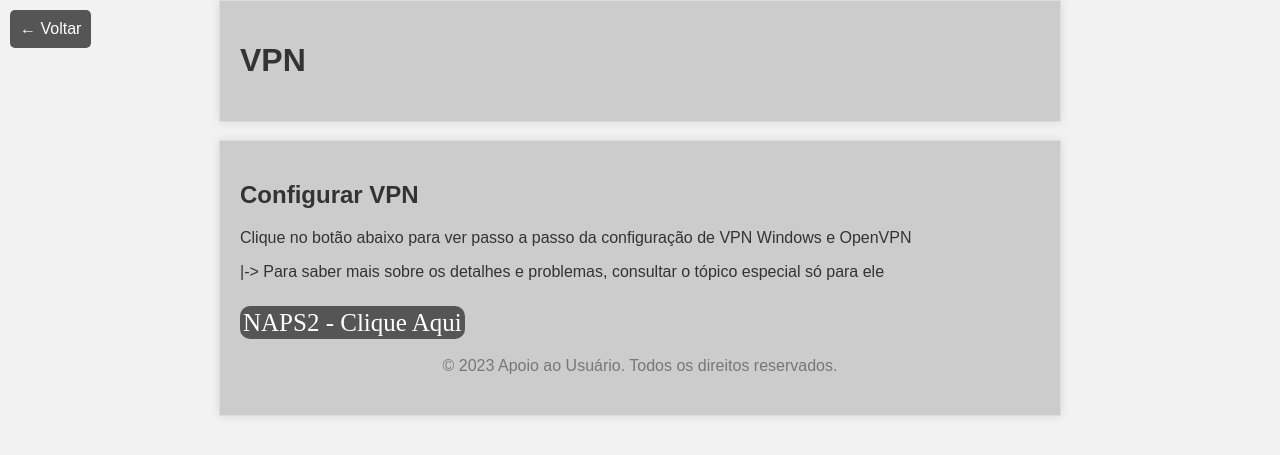
Repository: I4guito/dicasdez
Page: Dicas site/Dicas/vpn.html
The author's editor kept a copy of each file at every save. The page is drawn from the files as they stood at one save, then again after a run of saves.
The browser window is 1280 px wide. The pictures show the whole page.

Above is the page before, as saved 2023-11-29 11:00:33.

### Dicas site/Dicas/vpn.html
<!DOCTYPE html>
<html lang="pt-br">
<head>
    <meta charset="UTF-8">
    <meta name="viewport" content="width=device-width, initial-scale=1.0">
    <link rel="stylesheet" href="padrao.css">
    <script src="/Dicas site/script.js"></script>
    <title>VPN</title>
</head>
<body>
    <div class="container">
        <header>
        <a href="javascript:history.back()" class="voltar-btn">&#8592; Voltar</a>
            <h1>VPN</h1>
        </header>
    </div><br>
    <div class="container">
        <section>
            <h2>Configurar VPN</h2>
            <p>Clique no botão abaixo para ver passo a passo da configuração de VPN Windows e OpenVPN</p>
            <ul>
                <li>|-> Para saber mais sobre os detalhes e problemas, consultar o tópico especial só para ele</li><br>
                <a href="/Dicas site/programas/programas página/naps2.html" class="link-instrucoes">NAPS2 - Clique Aqui</a>
            </ul>
        </section>
        <footer>
            <p>&copy; 2023 Apoio ao Usuário. Todos os direitos reservados.</p>
        </footer>
    </div>
</body>
</html>

### Dicas site/Dicas/padrao.css
body {
    font-family: 'Arial', sans-serif;
    margin: 0;
    padding: 0;
    background-color: #f2f2f2;
    color:#fff
}

.container {
    max-width: 800px;
    margin: 0 auto;
    background-color: #ccc;
    padding: 20px;
    box-shadow: 0 0 10px rgba(0, 0, 0, 0.1);
    border: 1px solid #ddd;
    color: #333;
}

header, section, footer {
    margin-bottom: 20px;
}

header h1, section h2 {
    color: #333;
}

ul {
    list-style: none;
    padding: 0;
}

li {
    margin-bottom: 10px;
}

footer {
    text-align: center;
    color: #777;
}

.voltar-btn {
    position: absolute;
    left: 10px;
    top: 10px;
    text-decoration: none;
    color: #fff;
    font-size: 16px;
    padding: 10px;
    background-color: #555;
    border: none;
    border-radius: 5px;
    cursor: pointer;
    transition: background-color 0.3s;
}

.voltar-btn:hover {
    background-color: #777;
}

img {

    margin-inline: 5cm;
    max-width: 100%;
    border-radius: 3%;
}

.link-instrucoes {
    font-family:cursive;
    width: 50px;
    left: 10px;
    text-decoration: none;
    color: #fff;
    font-size: 25px;
    padding: 3px;
    background-color: #555;
    border: none;
    border-radius: 10px;
    cursor: pointer;
    transition:  background-color 0.3s;
}

.link-instrucoes:hover {
    background-color:#777
}

### Dicas site/script.js
function filterItems() {
    var searchBar = document.getElementById('searchBar');
    var filter = searchBar.value.toUpperCase();

    var columns = document.getElementsByClassName('column');
    for (var i = 0; i < columns.length; i++) {
        var boxes = columns[i].getElementsByClassName('box');
        for (var j = 0; j < boxes.length; j++) {
            var item = boxes[j];
            var textValue = item.textContent || item.innerText;
            if (textValue.toUpperCase().indexOf(filter) > -1) {
                item.style.display = "";
            } else {
                item.style.display = "none";
            }
        }
    }
}

function openPage(pageName) {
    window.location.href = pageName + '.html';
}

const isOpera = navigator.userAgent.indexOf("OPR") > -1;

if (isOpera) {
    document.addEventListener("DOMContentLoaded", function () {
        const containers = document.querySelectorAll(".container");
        containers.forEach(function (container) {
            container.style.backgroundColor = "#005c4b";
            container.style.color = "#333";
        });
    });
}

After the next 4 saves:
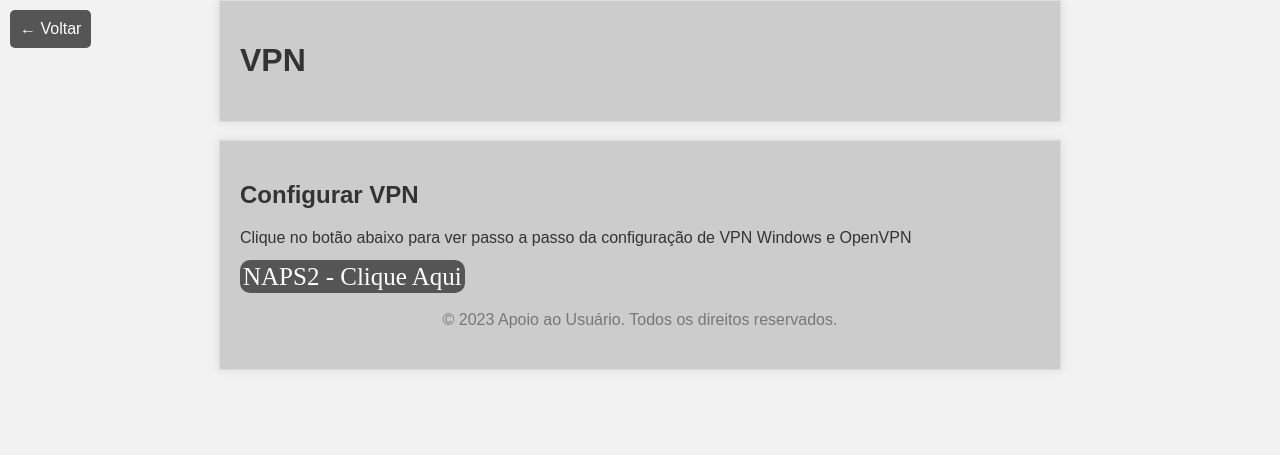
The 4 saves are shown as one change because they came seconds apart.
The last was saved 14 s later.
--- a/Dicas site/Dicas/vpn.html
+++ b/Dicas site/Dicas/vpn.html
@@ -18,10 +18,8 @@
         <section>
             <h2>Configurar VPN</h2>
             <p>Clique no botão abaixo para ver passo a passo da configuração de VPN Windows e OpenVPN</p>
-            <ul>
-                <li>|-> Para saber mais sobre os detalhes e problemas, consultar o tópico especial só para ele</li><br>
-                <a href="/Dicas site/programas/programas página/naps2.html" class="link-instrucoes">NAPS2 - Clique Aqui</a>
-            </ul>
+            <a href="/Dicas site/programas/programas página/naps2.html" class="link-instrucoes">NAPS2 - Clique Aqui</a>
+
         </section>
         <footer>
             <p>&copy; 2023 Apoio ao Usuário. Todos os direitos reservados.</p>
